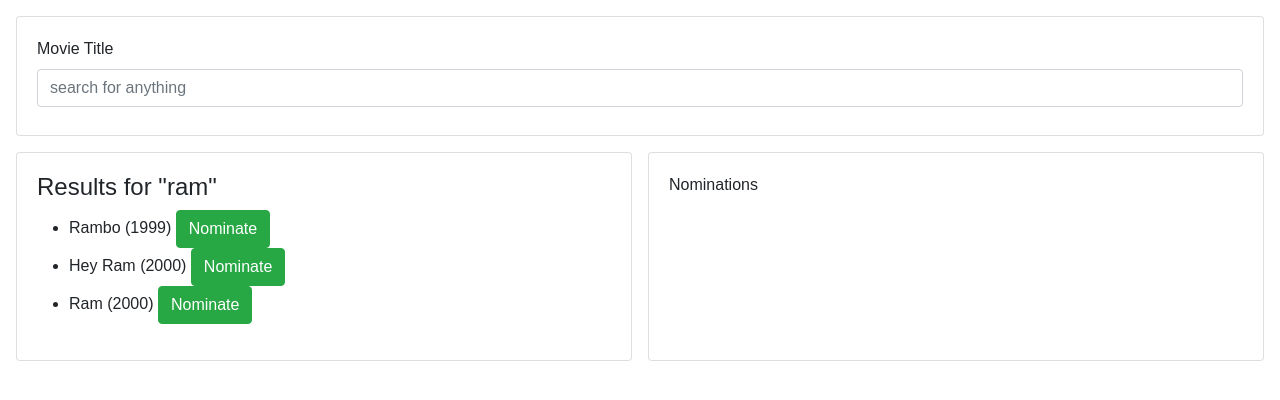
Repository: akinsikuoluwafemi/shoppies-movie-collection
Page: /
These files come from the project's save history. The page is drawn as it stood at one moment and after the next save; the edit follows.
The browser window is 1280 px wide. The pictures show the whole page.
The project was rebuilt for these pictures with package versions that can differ from the ones it lists, and the page was loaded fresh each time. Also part of the build but not shown: src/App.css.

Above is the page before, as saved 2021-01-10 09:13:53.

After the next save:
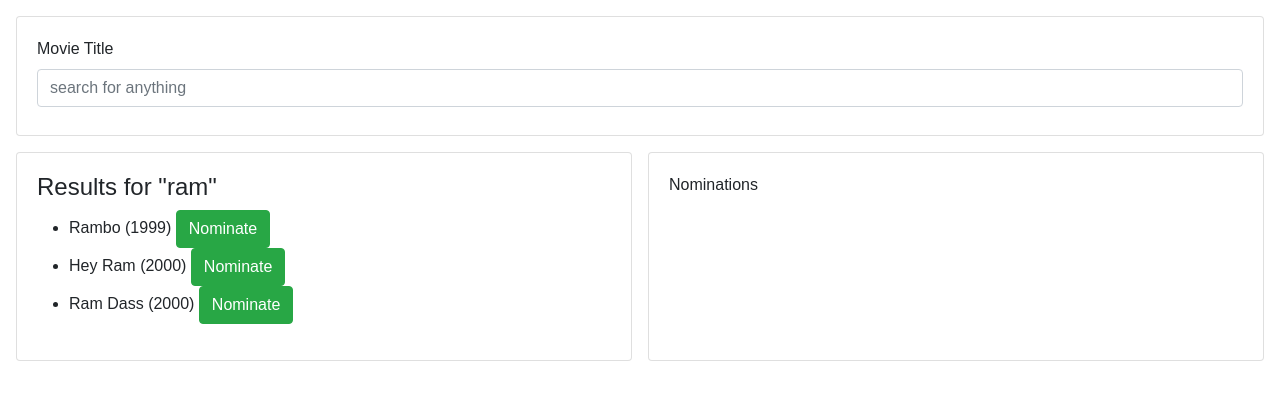
Saved 4 s later.
--- a/src/components/SearchResults.js
+++ b/src/components/SearchResults.js
@@ -10,7 +10,7 @@ export default function SearchResults() {
             <ul className="list">
                 <li className="list-item" >Rambo (1999) <button className="btn btn-success" >Nominate</button></li>
                 <li className="list-item" >Hey Ram (2000) <button className="btn btn-success" >Nominate</button></li>
-                <li className="list-item" >Ram (2000) <button className="btn btn-success" >Nominate</button></li>
+                <li className="list-item" >Ram Dass (2000) <button className="btn btn-success" >Nominate</button></li>
 
 
             </ul>
